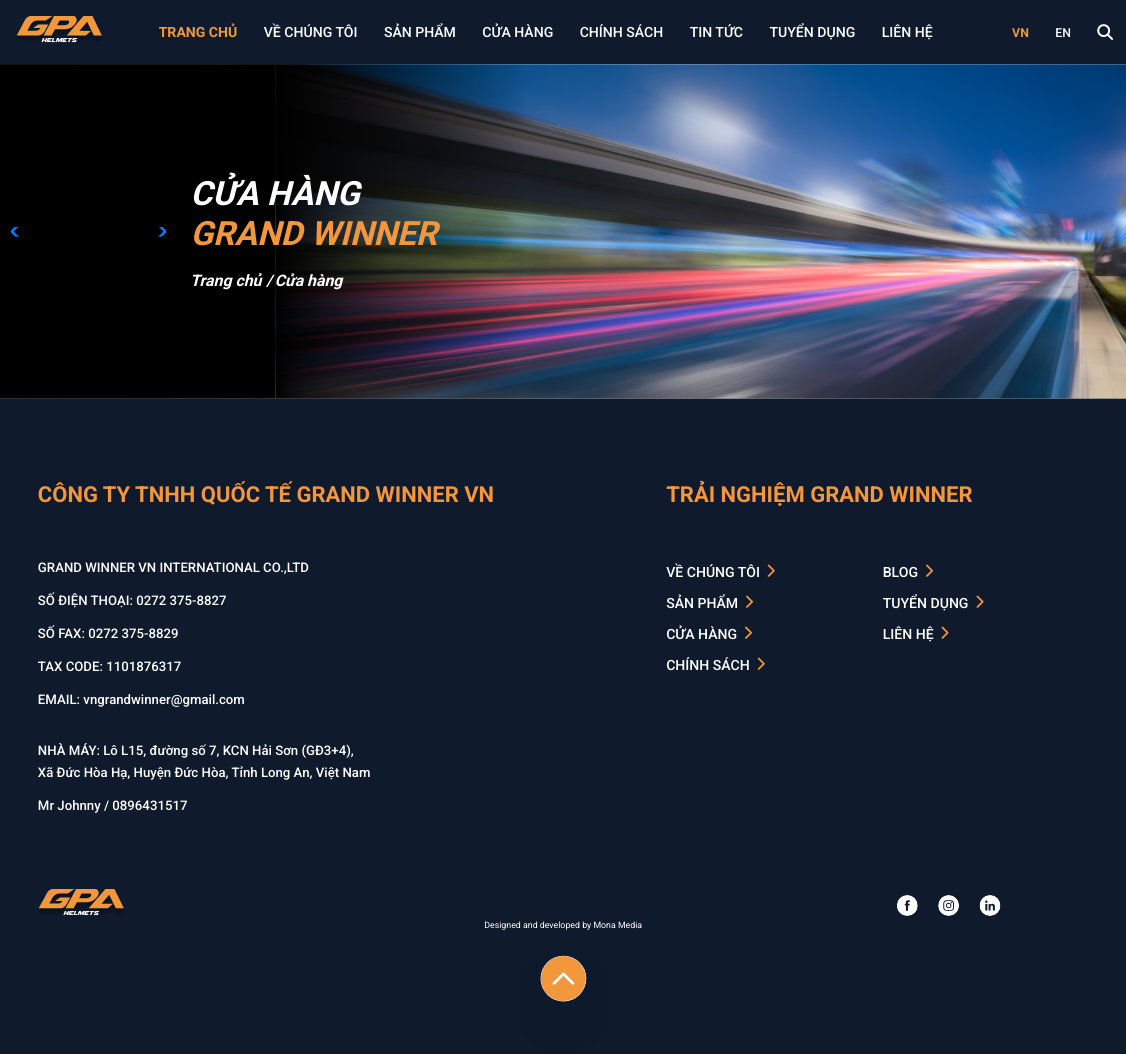
Repository: ThangNguyenT5/GrandWinner
Page: index.html
The author's editor kept a copy of each file at every save. The page is drawn from the files as they stood at one save, then again after the next save.
The browser window is 1280 px wide. The pictures show the whole page, at 88% of full size.
Pictures or frames that could not be fetched are drawn as grey boxes. Some web libraries are served in a nearby version.

Above is the page before, as saved 2023-03-28 13:57:22.

After the next save:
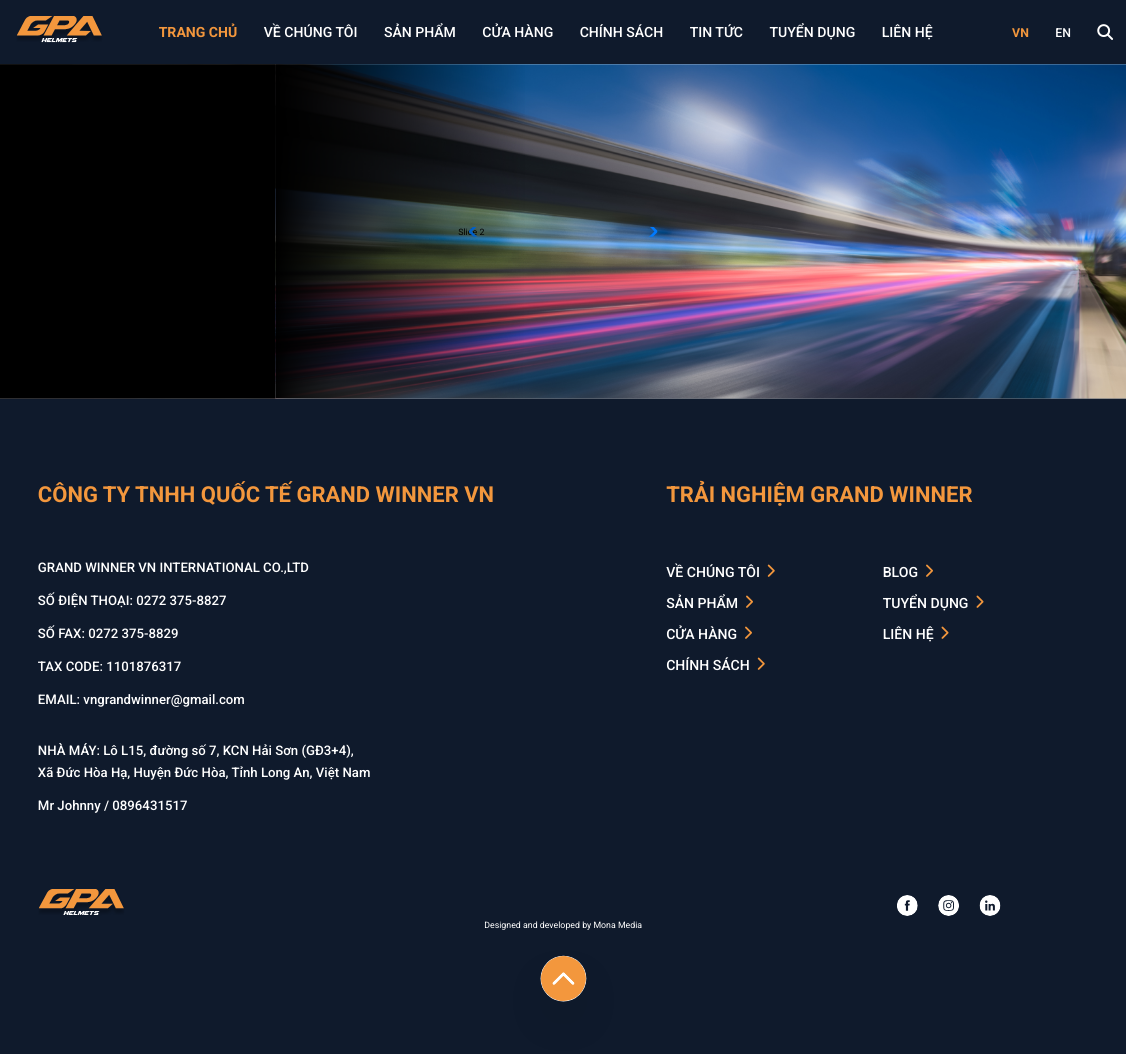
Saved 67 s later.
--- a/index.html
+++ b/index.html
@@ -137,7 +137,7 @@
             </div>
 
 
-            <div class="banner-page-content">
+            <!-- <div class="banner-page-content">
                 <div class="container">
                     <div class="content">
                         <div class="banner-page-tt" data-aos="fade-left">
@@ -159,7 +159,7 @@
                         </div>
                     </div>
                 </div>
-            </div>
+            </div> -->
         </div>
 
     </main>
